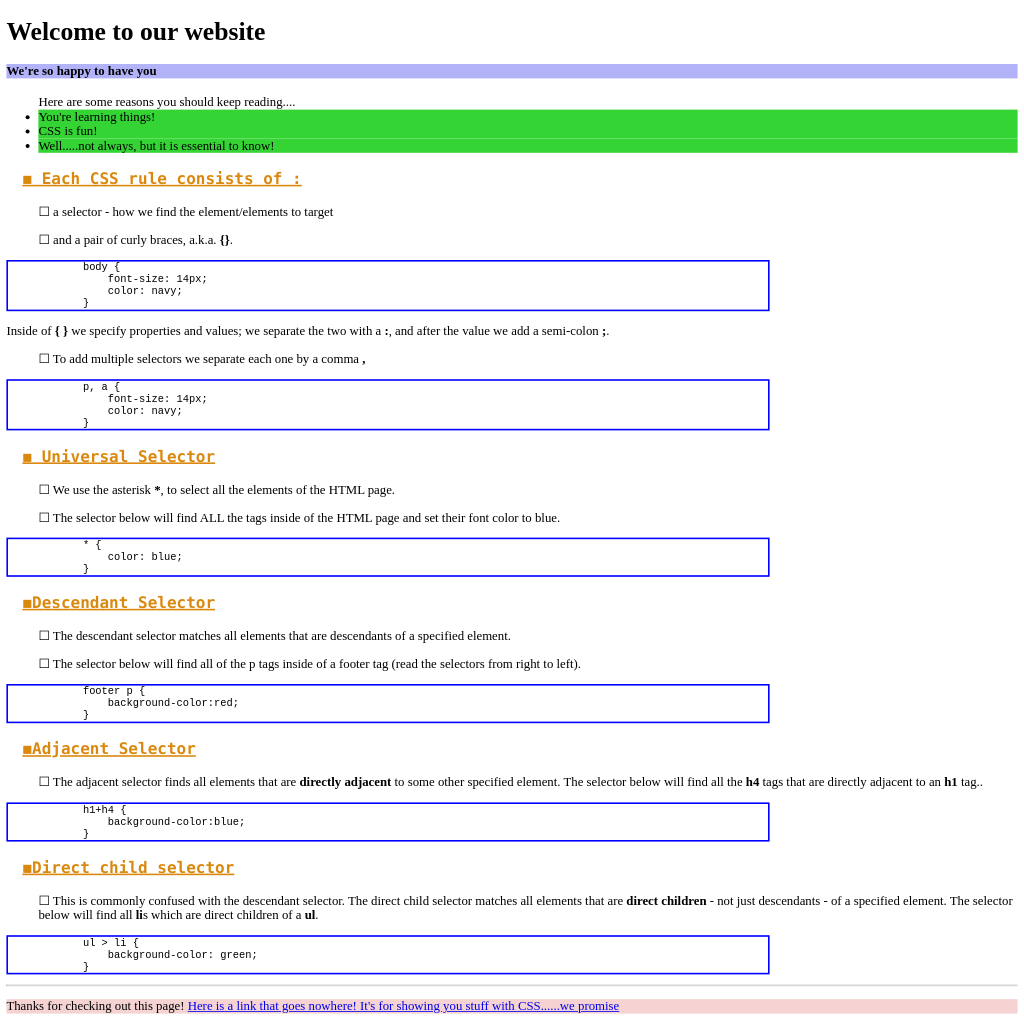
Repository: AnnaSpirit/Tests__
Page: CSS/Useful_Selectors.html
These files come from the project's save history. The page is drawn as it stood at one moment and after the next save; the edit follows.
The browser window is 1280 px wide. The pictures show the whole page, at 80% of full size.

Above is the page before, as saved 2024-04-01 17:45:59.

After the next save:
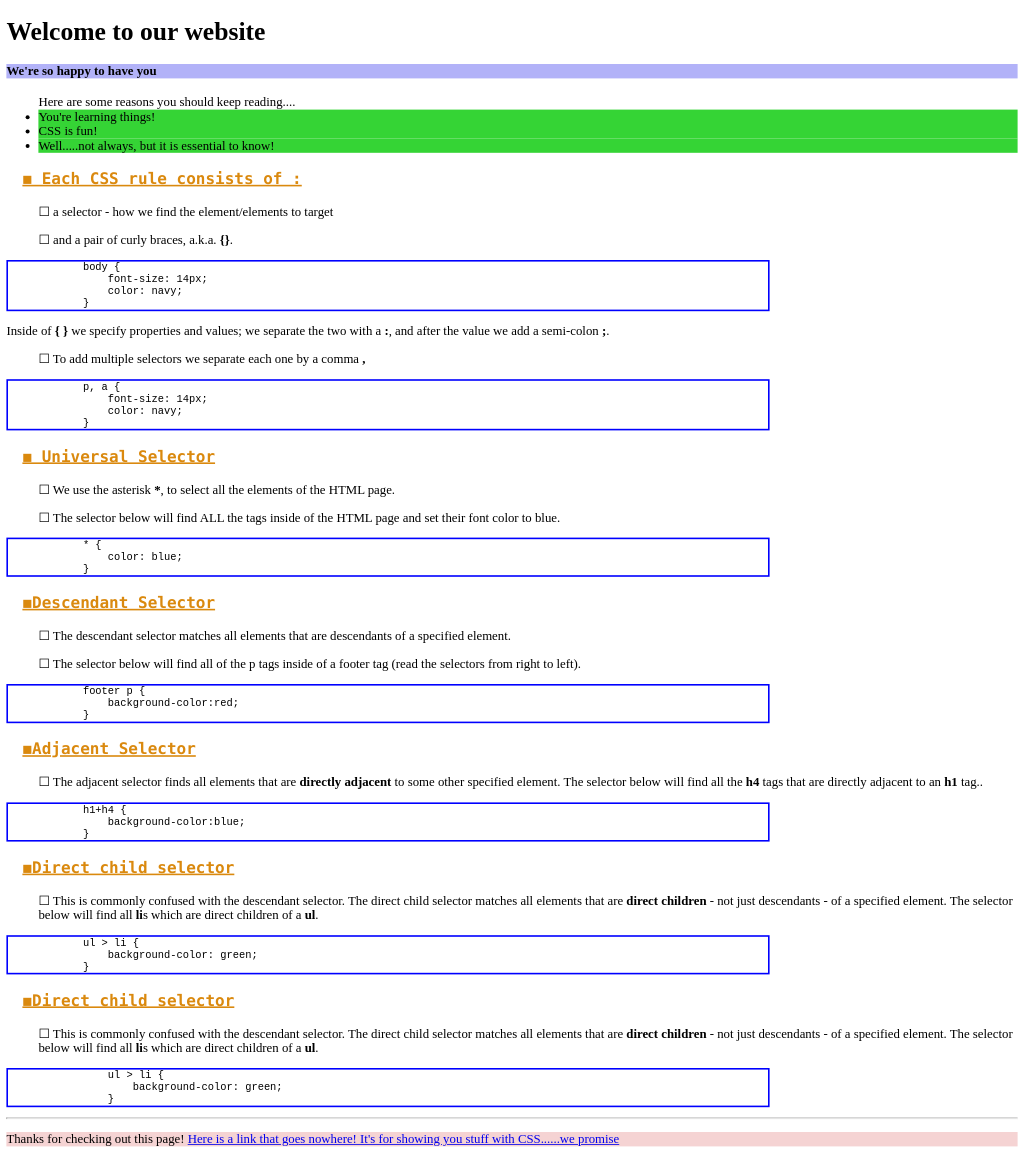
Saved 59 s later.
--- a/CSS/Useful_Selectors.html
+++ b/CSS/Useful_Selectors.html
@@ -74,6 +74,18 @@
                 background-color: green;
             }</pre>
     </span>
+    <h3 style="padding-left: 20px;"> &#9724;Direct child selector</h3>
+    <p style="padding-left: 40px;">&#9744; This is commonly confused with the descendant selector. The direct child selector
+        matches all elements that are <b>direct
+            children</b> - not just descendants - of a specified element. The selector below will find all <b>li</b>s which
+        are direct children
+        of a <b>ul</b>.</p>
+    <span>
+        <pre style="border: 2px solid blue; margin-right: 310px">
+                ul > li {
+                    background-color: green;
+                }</pre>
+    </span>
     </section>
     <hr>
     <footer>
